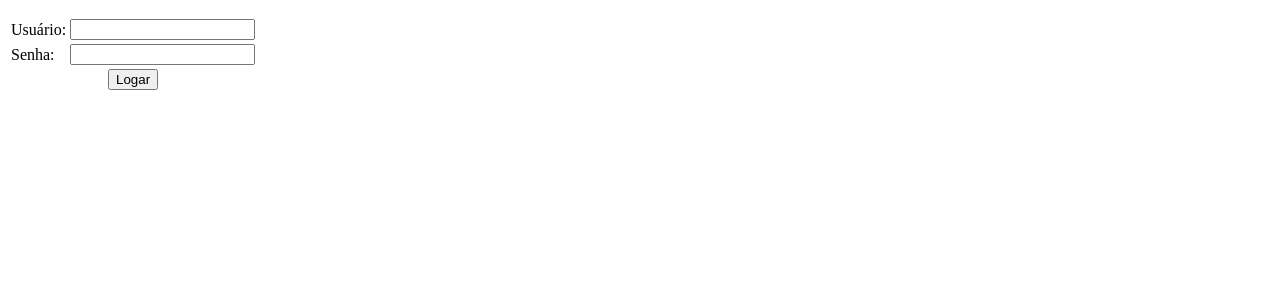
Repository: leonerdy-666/Estudos
Page: http://localhost/SistemaLogin/login.jsp
These files come from the project's save history. The page is drawn as it stood at one moment and after the next save; the edit follows.
The browser window is 1280 px wide. The pictures show the whole page.
The page is served by Tomcat 9. Other server files are loaded and not shown.

Above is the page before, as saved 2016-06-02 20:54:49.

### Udemy/java/JavaWeb1/Sistema/Workspace/SistemaLogin/WebContent/login.jsp
<%@ page language="java" contentType="text/html; charset=ISO-8859-1"
    pageEncoding="ISO-8859-1"%>
<!DOCTYPE html PUBLIC "-//W3C//DTD HTML 4.01 Transitional//EN" "http://www.w3.org/TR/html4/loose.dtd">
<html>
<head>
<meta http-equiv="Content-Type" content="text/html; charset=ISO-8859-1">
<title>Sistema Login</title>
</head>
<body>
<form action="login" method="post">
<p align="center">
<table cellspadding="20">
<tr>
<td>Usuário: </td><td><input type="text" name="txtUsuario"/> </td>
</tr>
<tr>
<td>Senha: </td><td><input type="text" name="txtSenha"/> </td>
</tr>
<tr>
<td colspan="2" align="center"> <input type="submit" value="Logar" </td>
</tr>
</table>
</p>
</form>
</body>
</html>

After the next save:
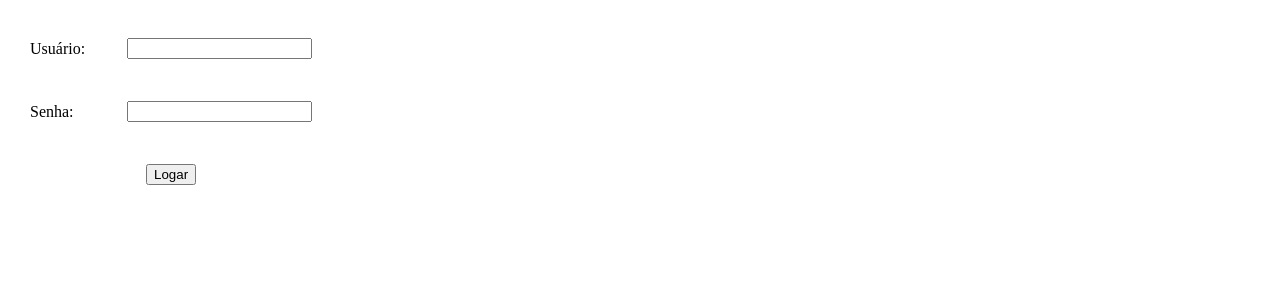
Saved 11 s later.
--- a/Udemy/java/JavaWeb1/Sistema/Workspace/SistemaLogin/WebContent/login.jsp
+++ b/Udemy/java/JavaWeb1/Sistema/Workspace/SistemaLogin/WebContent/login.jsp
@@ -9,7 +9,7 @@
 <body>
 <form action="login" method="post">
 <p align="center">
-<table cellspadding="20">
+<table cellpadding="20">
 <tr>
 <td>Usuário: </td><td><input type="text" name="txtUsuario"/> </td>
 </tr>
